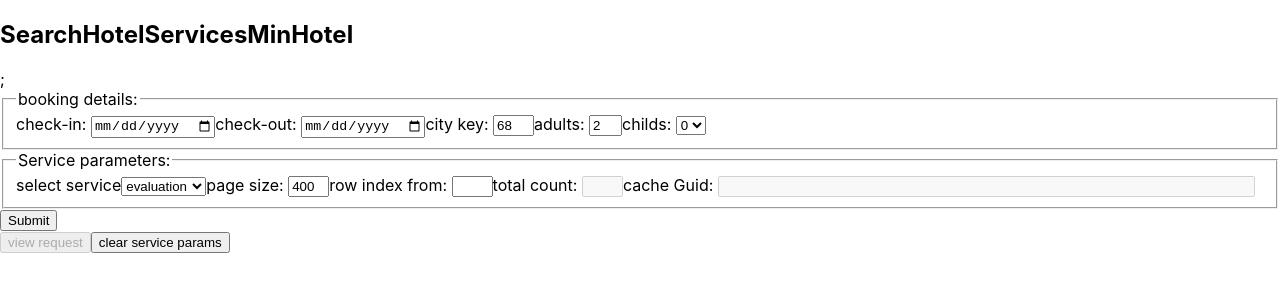
Repository: vsterev/il-test
Page: /min-price
The author's editor kept a copy of each file at every save. The page is drawn from the files as they stood at one save, then again after the next save.
The browser window is 1280 px wide. The pictures show the whole page.
The project was rebuilt for these pictures with package versions that can differ from the ones it lists, and the page was loaded fresh each time. A package was used in the major version that the imports need, not the one package.json lists. Also part of the build but not shown: src/components/error/index.jsx.

Above is the page before, as saved 2021-04-28 10:35:13.

### src/index.js
import React from 'react';
import ReactDOM from 'react-dom';
import './index.css';
// import App from './App';
import reportWebVitals from './reportWebVitals';
// import MinPrice from './components/minPrice';
import Navigation from './navigation';

ReactDOM.render(
  <React.StrictMode>
    {/* <App /> */}
    {/* <MinPrice /> */}
    <Navigation />
  </React.StrictMode>,
  document.getElementById('root')
);

// If you want to start measuring performance in your app, pass a function
// to log results (for example: reportWebVitals(console.log))
// or send to an analytics endpoint. Learn more: https://bit.ly/CRA-vitals
reportWebVitals();

### src/navigation.jsx
import React from 'react';
import { Switch, BrowserRouter, Route, Redirect } from 'react-router-dom';
import MinPrice from './components/minPrice';
import Error from './components/error';
const Navigation = () => {
  return (
    <BrowserRouter>
      <Switch>
        <Route path="/min-price" render={() => <MinPrice />} />
        <Route path="*" render={() => <Error msg="Page not Found - 404" />} />
      </Switch>
    </BrowserRouter>
  );
};
export default Navigation;

### src/components/minPrice/index.jsx
import React, { useState } from 'react';
import InterLookServices from '../../services/inLook';
const MinPrice = () => {
  const [details, setDetails] = useState({
    checkIn: '',
    checkOut: '',
    cityKey: '68',
    pageSize: '400',
    rowIndexFrom: '',
    cacheGuid: '',
    serviceType: 'eval',
    adults: '2',
    children: [],
  });
  const [childsNum, setChildsNum] = useState('0');
  const checkInSet = (e) => {
    e.preventDefault();
    setDetails({ ...details, checkIn: e.target.value, checkOut: e.target.value });
  };
  const [prices, setPrices] = useState([]);
  const [request, setRequest] = useState({ view: false, result: '' });
  const [totalCount, setTotalCount] = useState('');
  const serviceReset = () => {
    setDetails({ ...details, cacheGuid: '', rowIndexFrom: '' });
    setTotalCount('');
    setPrices([]);
    setRequest('');
  };
  function childrenAgesRender(num) {
    for (let i = 0; i < +num; i++) {
      return (
        <div>{i}</div>
        // <input
        //   type="text"
        //   value={details.children[i]}
        //   onChange={(e) => setDetails({ ...details, children: details.children.push(e.targeet.value) })}
        // />
      );
    }
  }
  const submitHandler = (e) => {
    e.preventDefault();
    console.log(details);
    InterLookServices.minPrices({
      checkIn: details.checkIn,
      checkOut: details.checkOut,
      pageSize: details.pageSize,
      cityKey: details.cityKey,
      rowIndexFrom: details.rowIndexFrom,
      cacheGuid: details.cacheGuid,
      serviceType: details.serviceType,
      adults: details.adults,
      children: details.children,
    })
      .then((result) => {
        // setPrices([result.a]);
        console.log(result);
        setRequest({ view: true, result: result.requeststr });
        setPrices([...prices, ...result.arrPrices]);
        setDetails({ ...details, cacheGuid: result.cacheGuid, rowIndexFrom: result.totalCount });
        setTotalCount(result.totalCount);

        // setDetails({ ...details, cacheGuid: result.cacheGuid });
        // setDetails({ ...details, rowIndexFrom: result.rowIndexFrom });
      })
      .catch(console.log);
  };
  return (
    <React.Fragment>
      <h2>SearchHotelServicesMinHotel</h2>;
      <form onSubmit={submitHandler}>
        <fieldset>
          <legend>booking details:</legend>
          <label htmlFor="checkIn">check-in: </label>
          <input type="date" id="checkIn" value={details.checkIn} onChange={checkInSet}></input>
          <label htmlFor="checkOut">check-out: </label>
          <input
            type="date"
            id="checkOut"
            value={details.checkOut}
            onChange={(e) => setDetails({ ...details, checkOut: e.target.value })}></input>
          <label htmlFor="cityKey">city key: </label>
          <input
            type="text"
            id="cityKey"
            size="2"
            value={details.cityKey}
            onChange={(e) => setDetails({ ...details, cityKey: e.target.value })}
          />
          <label htmlFor="adults">adults: </label>
          <input
            type="text"
            id="adults"
            size="1"
            value={details.adults}
            onChange={(e) => setDetails({ ...details, adults: e.target.value })}
          />
          <label htmlFor="childsNum">childs: </label>
          <select value={childsNum} id="childsNum" onChange={(e) => setChildsNum(e.target.value)}>
            <option value="0">0</option>
            <option value="1">1</option>
            <option value="2">2</option>
          </select>
          {childsNum !== '0' && childrenAgesRender(childsNum)}
        </fieldset>
        <fieldset>
          <legend>Service parameters:</legend>
          <label htmlFor="service">select service</label>
          <select
            id="service"
            onChange={(e) => setDetails({ ...details, serviceType: e.target.value })}
            value={details.service}>
            <option value="eval">evaluation</option>
            <option value="prod">production</option>
          </select>
          <label htmlFor="pageSize">page size: </label>
          <input
            type="text"
            id="pageSize"
            size="2"
            value={details.pageSize}
            onChange={(e) => setDetails({ ...details, pageSize: e.target.value })}
          />
          <label htmlFor="rowIndexFrom">row index from: </label>
          <input
            id="rowIndexFrom"
            type="text"
            value={details.rowIndexFrom}
            size="2"
            onChange={(e) => setDetails({ ...details, rowIndexFrom: e.target.value })}
          />
          <label htmlFor="totalCount">total count: </label>
          <input
            type="text"
            value={totalCount}
            disabled
            size="2"
            // onChange={(e) => setDetails({ ...details, rowIndexFrom: e.target.value })}
          />
          <label htmlFor="cacheGuid">cache Guid: </label>
          <input
            type="text"
            id="cacheGuid"
            value={details.cacheGuid}
            disabled
            size="64"
            onChange={(e) => setDetails({ ...details, cacheGuid: e.target.value })}
          />
        </fieldset>
        <button>Submit</button>
      </form>
      <button onClick={() => console.log(request.result)} disabled={!request.view}>
        view request
      </button>
      <button onClick={serviceReset}>clear service params</button>
      {/* {!!request && <div>request: {request}</div>} */}
      {!!prices &&
        prices.map((el, i) => {
          return (
            <div key={i}>
              {i + 1}, {el.id}, {el.hotel}, {el.roomType}, {el.accommodation}, {el.price}{' '}
            </div>
          );
        })}
    </React.Fragment>
  );
};
export default MinPrice;

### src/services/inLook.js
const InterlookServices = {
  minPrices: (data) => {
    return fetch(`http://localhost:4000/il/min-price`, {
      body: JSON.stringify(data),
      method: 'POST',
      headers: { 'Content-type': 'application/json' },
    })
      .then((res) => res.json())
      .catch((e) => console.error(e));
  },
};
export default InterlookServices;

Loaded but not shown: public/index.html (common file); src/index.css (common file); src/reportWebVitals.js (common file)

After the next save:
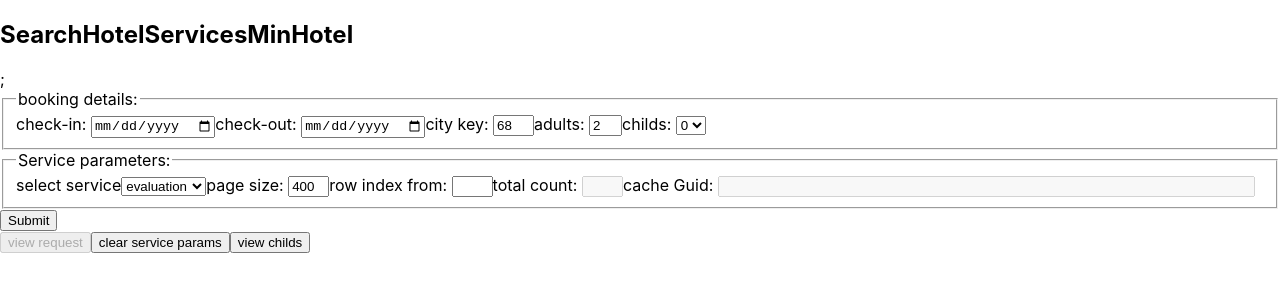
Saved 3 min 21 s later.
--- a/src/components/minPrice/index.jsx
+++ b/src/components/minPrice/index.jsx
@@ -153,6 +153,7 @@ const MinPrice = () => {
         view request
       </button>
       <button onClick={serviceReset}>clear service params</button>
+      <button onClick={() => console.log(childsNum)}>view childs</button>
       {/* {!!request && <div>request: {request}</div>} */}
       {!!prices &&
         prices.map((el, i) => {
